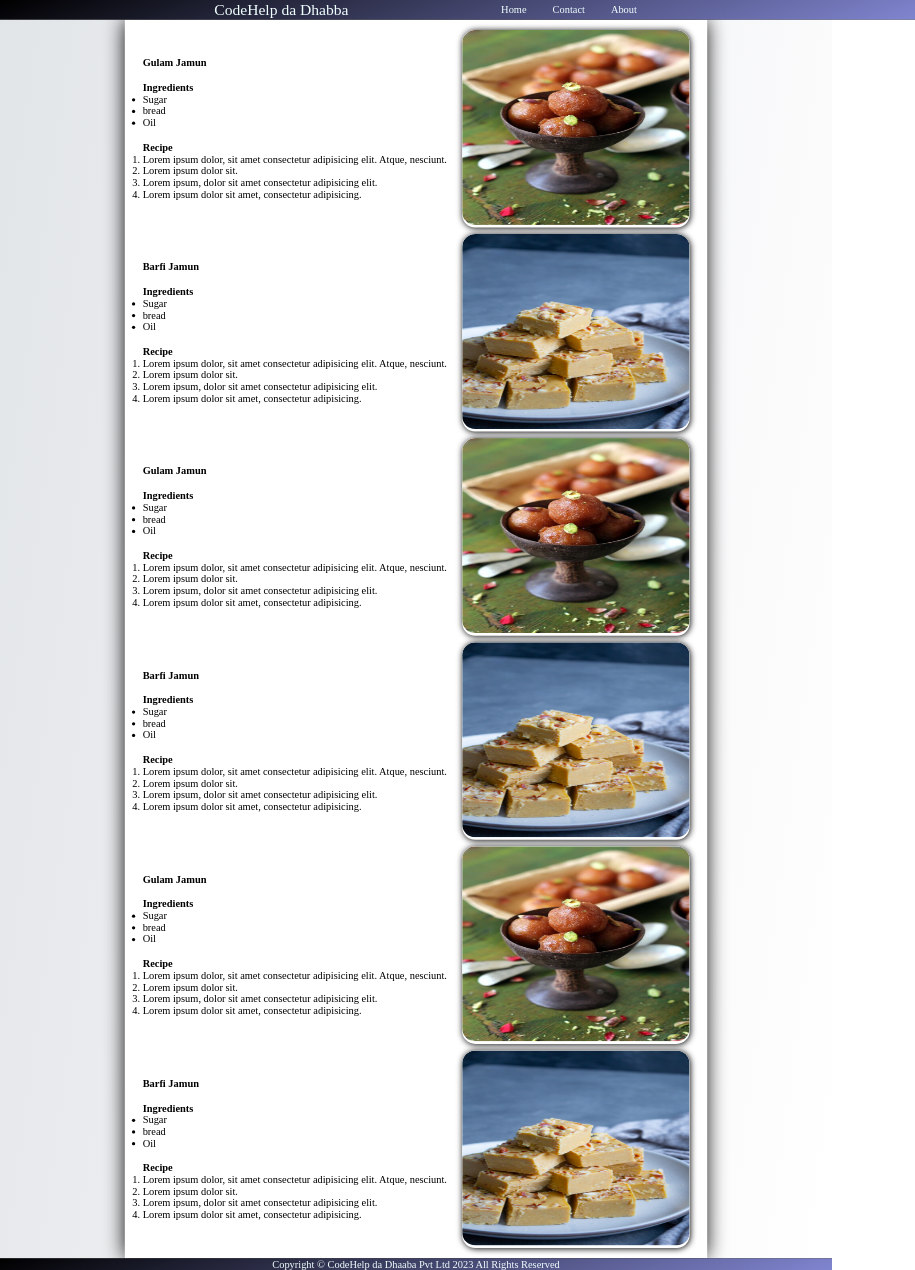
Repository: ssaddamhuss100/Recipe_Html_css
Page: index.html
An editor plug-in stored every save of this project. The page is shown before and after the next save, followed by the edit.
The browser window is 1280 px wide. The page is 1408 px wide, so the pictures cover 1408 px, including what lies to the right of the window. The pictures show the whole page, at 65% of full size.

Above is the page before, as saved 2024-12-12 10:59:45.

### index.html
<!DOCTYPE html>
<html lang="en">
<head>
    <meta charset="UTF-8">
    <meta http-equiv="X-UA-Compatible" content="IE=edge">
    <meta name="viewport" content="width=device-width, initial-scale=1.0">
    <title>Codehelp da Dhaaba</title>
    <link rel="stylesheet" href="style.css">
</head>
<body>

    <div class="container">

        <header>
            <div class="navContainer">
                <nav>
                    <ul id="navList">
                        <li>
                            <p id="navLogo">CodeHelp da Dhabba</p>
                        </li>
                        <li>
                            <div id="navItems">
                                <a href="#">Home</a>
                                <a href="#">Contact</a>
                                <a href="#">About</a>
                            </div>
                        </li>
                    </ul>
                </nav>
            </div>
        </header>

        <main>
            <div class="contentBox">
                <!-- item 1  -->
                <section>
                    <div class="item">
                        <div class="leftBox">
                            <!-- heaeding -->
                            <h2>Gulam Jamun</h2>

                            <div>
                                <h2>Ingredients</h2>
                                <ul class="ingBox">
                                    <li>Sugar</li>
                                    <li>bread</li>
                                    <li>Oil</li>
                                </ul>
                            </div>

                            <div>
                                <h2>Recipe</h2>
                                <ol class="recipeBox">
                                    <li>Lorem ipsum dolor, sit amet consectetur adipisicing elit. Atque, nesciunt.</li>
                                    <li>Lorem ipsum dolor sit.</li>
                                    <li>Lorem ipsum, dolor sit amet consectetur adipisicing elit.</li>
                                    <li>Lorem ipsum dolor sit amet, consectetur adipisicing.</li>
                                </ol>
                            </div>



                        </div>

                        <div class="rightBox">
                            <img
                                src="bread-gulab-jamun-recipe.jpg"
                            />
                            <div class="overlay">
                                <span> Click here to Buy</span>
                            </div>
                        </div>
                    </div>
                </section>

                <section>
                    <div class="item">
                        <div class="leftBox">
                            <!-- heaeding -->
                            <h2>Barfi Jamun</h2>

                            <div>
                                <h2>Ingredients</h2>
                                <ul>
                                    <li>Sugar</li>
                                    <li>bread</li>
                                    <li>Oil</li>
                                </ul>
                            </div>

                            <div>
                                <h2>Recipe</h2>
                                <ol>
                                    <li>Lorem ipsum dolor, sit amet consectetur adipisicing elit. Atque, nesciunt.</li>
                                    <li>Lorem ipsum dolor sit.</li>
                                    <li>Lorem ipsum, dolor sit amet consectetur adipisicing elit.</li>
                                    <li>Lorem ipsum dolor sit amet, consectetur adipisicing.</li>
                                </ol>
                            </div>



                        </div>
                        <div class="rightBox">
                            <img
                                src="Magaz-5-of-5-2-960x1440.jpg"
                            />
                        </div>
                    </div>
                </section>

                <section>
                    <div class="item">
                        <div class="leftBox">
                            <!-- heaeding -->
                            <h2>Gulam Jamun</h2>

                            <div>
                                <h2>Ingredients</h2>
                                <ul class="ingBox">
                                    <li>Sugar</li>
                                    <li>bread</li>
                                    <li>Oil</li>
                                </ul>
                            </div>

                            <div>
                                <h2>Recipe</h2>
                                <ol class="recipeBox">
                                    <li>Lorem ipsum dolor, sit amet consectetur adipisicing elit. Atque, nesciunt.</li>
                                    <li>Lorem ipsum dolor sit.</li>
                                    <li>Lorem ipsum, dolor sit amet consectetur adipisicing elit.</li>
                                    <li>Lorem ipsum dolor sit amet, consectetur adipisicing.</li>
                                </ol>
                            </div>



                        </div>

                        <div class="rightBox">
                            <img
                                src="bread-gulab-jamun-recipe.jpg"
                            />
                            <div class="overlay">
                                <span> Click here to Buy</span>
                            </div>
                        </div>
                    </div>
                </section>

                <section>
                    <div class="item">
                        <div class="leftBox">
                            <!-- heaeding -->
                            <h2>Barfi Jamun</h2>

                            <div>
                                <h2>Ingredients</h2>
                                <ul>
                                    <li>Sugar</li>
                                    <li>bread</li>
                                    <li>Oil</li>
                                </ul>
                            </div>

                            <div>
                                <h2>Recipe</h2>
                                <ol>
                                    <li>Lorem ipsum dolor, sit amet consectetur adipisicing elit. Atque, nesciunt.</li>
                                    <li>Lorem ipsum dolor sit.</li>
                                    <li>Lorem ipsum, dolor sit amet consectetur adipisicing elit.</li>
                                    <li>Lorem ipsum dolor sit amet, consectetur adipisicing.</li>
                                </ol>
                            </div>



                        </div>
                        <div class="rightBox">
                            <img
                                src="Magaz-5-of-5-2-960x1440.jpg"
                            />
                        </div>
                    </div>
                </section>

                <section>
                    <div class="item">
                        <div class="leftBox">
                            <!-- heaeding -->
                            <h2>Gulam Jamun</h2>

                            <div>
                                <h2>Ingredients</h2>
                                <ul class="ingBox">
                                    <li>Sugar</li>
                                    <li>bread</li>
                                    <li>Oil</li>
                                </ul>
                            </div>

                            <div>
                                <h2>Recipe</h2>
                                <ol class="recipeBox">
                                    <li>Lorem ipsum dolor, sit amet consectetur adipisicing elit. Atque, nesciunt.</li>
                                    <li>Lorem ipsum dolor sit.</li>
                                    <li>Lorem ipsum, dolor sit amet consectetur adipisicing elit.</li>
                                    <li>Lorem ipsum dolor sit amet, consectetur adipisicing.</li>
                                </ol>
                            </div>



                        </div>

                        <div class="rightBox">
                            <img
                                src="bread-gulab-jamun-recipe.jpg"
                            />
                            <div class="overlay">
                                <span> Click here to Buy</span>
                            </div>
                        </div>
                    </div>
                </section>

                <section>
                    <div class="item">
                        <div class="leftBox">
                            <!-- heaeding -->
                            <h2>Barfi Jamun</h2>

                            <div>
                                <h2>Ingredients</h2>
                                <ul>
                                    <li>Sugar</li>
                                    <li>bread</li>
                                    <li>Oil</li>
                                </ul>
                            </div>

                            <div>
                                <h2>Recipe</h2>
                                <ol>
                                    <li>Lorem ipsum dolor, sit amet consectetur adipisicing elit. Atque, nesciunt.</li>
                                    <li>Lorem ipsum dolor sit.</li>
                                    <li>Lorem ipsum, dolor sit amet consectetur adipisicing elit.</li>
                                    <li>Lorem ipsum dolor sit amet, consectetur adipisicing.</li>
                                </ol>
                            </div>



                        </div>
                        <div class="rightBox">
                            <img
                                src="Magaz-5-of-5-2-960x1440.jpg"
                            />
                        </div>
                    </div>
                </section>
            </div>
        </main>

        <footer>
           <div class="footerBox">
                <p>
                    Copyright  &copy; CodeHelp da Dhaaba Pvt Ltd 2023 All Rights Reserved
                </p>
           </div>
        </footer>


    </div>

</body>
</html>

### style.css
*{
    margin: 0;
    padding: 0;
    box-sizing: border-box;
}
.container{
    height: 100%;
    width: 100%;
    overflow-x: none;
    background-color: #e2e5e8;
    background-image: linear-gradient(98deg, #e2e5e8 0%, #ffffff 100%);

}

.navContainer{
    width: 110vw;
    /* background-color: rgba(113, 113, 154, 0.776);
    */
    background-color: #000000;
   background-image: linear-gradient(160deg, #000000 0%, #8085d0 100%);

    min-height: 30px;
    display: flex;
    justify-content: center;
    align-items: center;
    position: relative;
}
nav{
    width: 70%;
}
#navList{
    width: 90%;
    padding: 1px;

    list-style: none;
    font-size: 1rem;
    display: flex;
    justify-content: space-around;
    align-items: center;
}

#navLogo{
    font-size: 1.5rem;
    color: azure;
}

a{
    text-decoration: none;
    color: azure;
}
#navItems{
    display: flex;
    gap:40px;

}

footer{
    width: 100%;
}

.footerBox{
    background-color: #000000;
    background-image: linear-gradient(160deg, #000000 0%, #8085d0 100%);
    width: 100%;
    text-align: center;
    min-height: 10px;
}

.footerBox p {
    color: azure;
    font-size: 1rem;
}

.contentBox{
    width: 70%;
    margin: auto;
    background-color: white;
    display: flex;
    flex-direction: column;
    gap: 10px;
    padding: 1rem;
    box-shadow: 0px 0px 30px black;
}

.item{
    display: flex;
    justify-content: space-around;
    align-items: center;
}

.rightBox{
    position: relative;
    overflow: hidden;
    transition: all 0.3s linear 0s;
    box-shadow: 1px 1px 10px black;
    border-radius: 20px;
}

.rightBox img{
    height: 300px;
    width: 350px;
    border-radius: 20px;
    transition: all 0.6s linear 0s;
}

.rightBox:hover{
    transform: scale(1.1);
}

.leftBox{
    display: flex;
    flex-direction: column;
    gap: 20px;
}
.leftBox h2{
    font-size: 1rem;
}

.ingBox{
    font-size: 1rem;
}

.recipeBox{
    font-size: 1rem;
}

.rightBox .overlay{
    position: absolute;
    top: 0;
    left: 0;
    height: 100%;
    width: 100%;
    background-color: rgba(36, 34, 34, 0.713);
    border-radius: 20px;
    display: flex;
    align-items: center;
    justify-content: center;
    opacity: 0;
    transition: all 0.3s linear 0s;
}

.rightBox:hover .overlay{
    opacity: 1;
}

.rightBox .overlay span{
    color: white;
    font-size: 1.2rem;
}

After the next save:
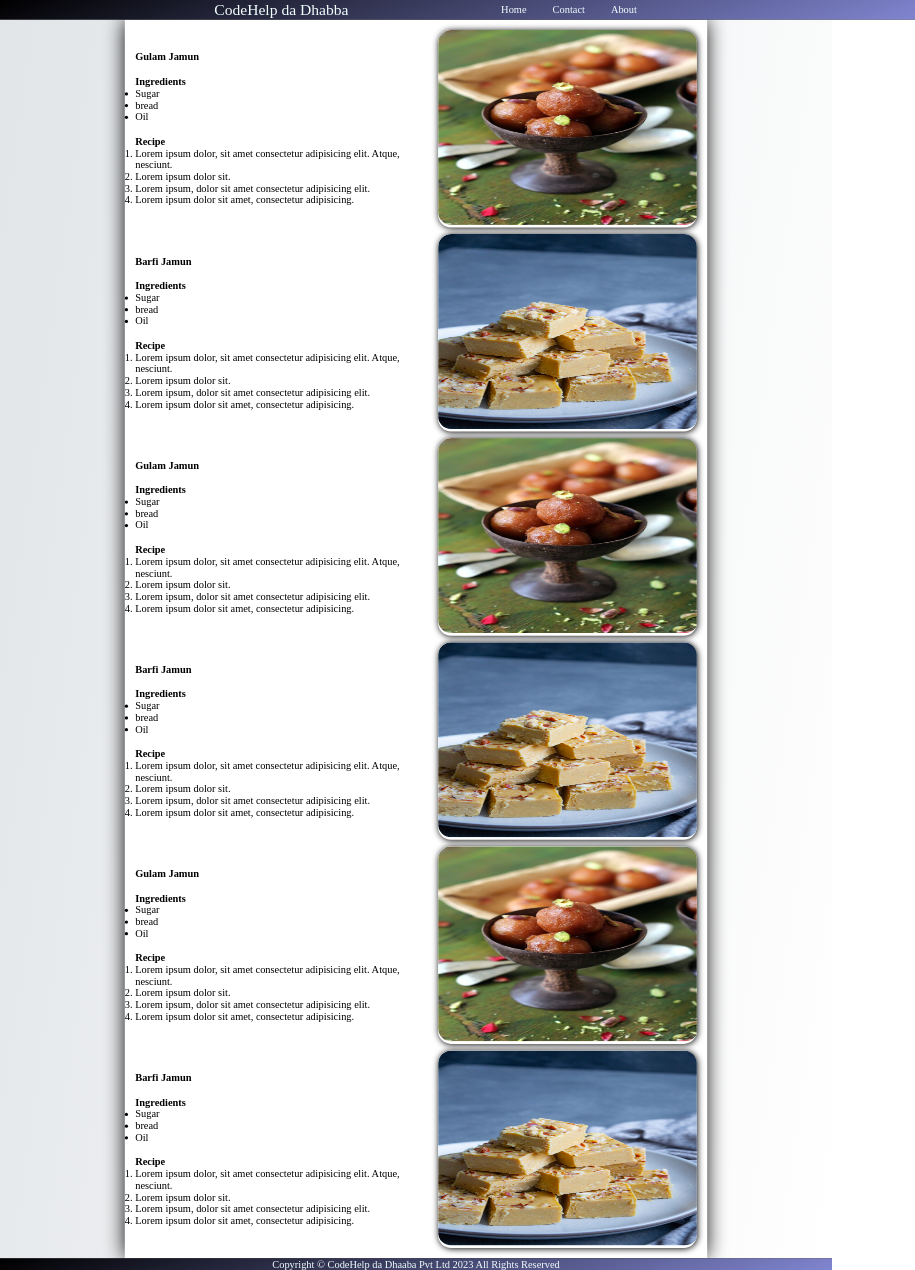
Saved 5 s later.
--- a/style.css
+++ b/style.css
@@ -98,7 +98,7 @@ footer{
 
 .rightBox img{
     height: 300px;
-    width: 350px;
+    width: 400px;
     border-radius: 20px;
     transition: all 0.6s linear 0s;
 }
